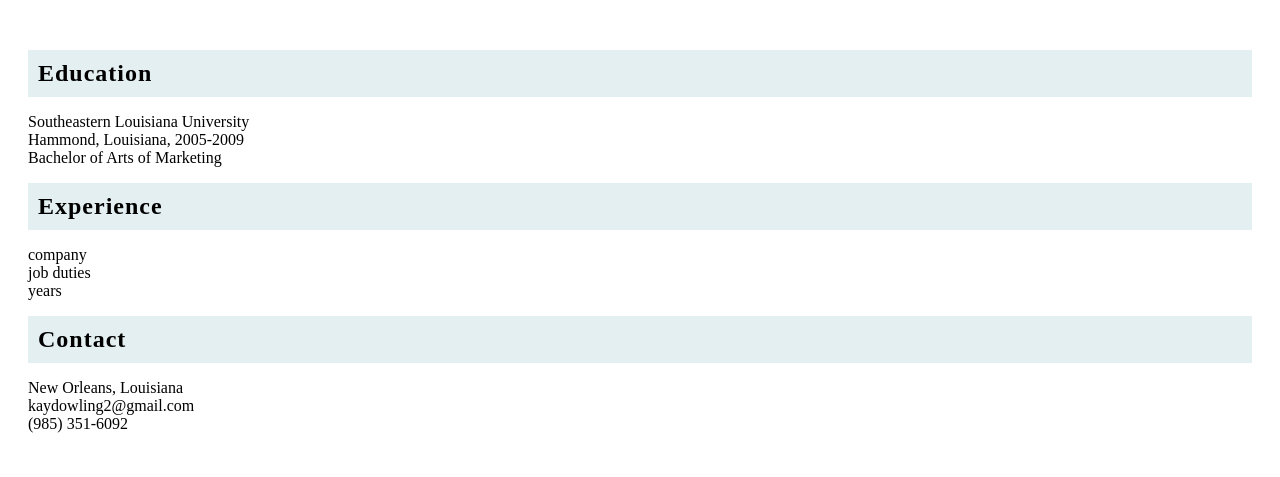
Repository: kayladowling/jekyll_website
Page: home.html
The author's editor kept a record of every edit. The page is drawn from the files as they stood at one moment, then again after the next edit.
The browser window is 1280 px wide. The pictures show the part of the page from y = 423 to 900 px (the page is 900 px tall).

Above is the page before.

### home.html
<!DOCTYPE html>
<html>
  <head> <title>Kayla Dowling</title>
  <link href="css/home.css" type="text/css" rel="stylesheet"/> </head>


  <body>
<div class ="wrapper">

   <header> <!-- Start of header -->
   <h1>Kayla Dowling</h1>
   <nav>
  <ul>
      <li><a href="https://github.com/kayladowling" id="github">Github</a></li>
      <li><a href="projects.html" id="projects">Projects</a></li>
      <li>Contact</li>
  </ul>
  </nav>
 </header>  <!-- end of header -->

  <section class="education"> <!-- start of education section -->
    <h2>Education</h2>
<p>Southeastern Louisiana University </br>
  Hammond, Louisiana, 2005-2009 </br>
 Bachelor of Arts of Marketing </p>
 </section> <!-- end of education section -->

 <section class="experience"> <!-- start of eperience -->
  <h2>Experience</h2>
  <p>company </br>
  job duties </br>
  years</p>
  </section> <!-- end of eperience -->

 <section class="contact"> <!-- start of contact -->
 <h2>Contact</h3>
 <p>New Orleans, Louisiana <br>
 kaydowling2@gmail.com <br>
 (985) 351-6092 </p>

 </section> <!-- end of contact -->

 <footer>
     <!-- add footer content-->
 </footer>
  </div> <!-- end of wrapper -->
 </body>
</html>

### css/home.css

body {
   padding: 20px;
   background: white;
}

header {
    background-color: black;
    background-image: url("https://download.unsplash.com/photo-1421757295538-9c80958e75b0");
    padding: 150px 0px 150px 0px;
    background-position: 60% 50%;
    background-repeat: no-repeat;
    margin-bottom: 50px;

}

header h1 {
    letter-spacing: 5px;
    text-align: center;
    background-color: #E3EFF0;
    padding: 10px;
    margin: 0;
    color: black;
}

h2 {
    background-color: #E3EFF0;
    letter-spacing: 1px;
    color: black;
    padding: 10px;
    margin:0;

}

p {
    color: black;

}

nav ul {
    background: white;
    color: black;
    text-align: center;
    margin: 0px;
    padding: 10px 5px 10px 5px;
}

nav li {
    display:inline;
    background: white;
    color: black;
    text-align: center;

}

a {
    text-decoration: none;
    color: black;
    background: white;
    text-align: left;
}

.maincontent {
    background: #E3EFF0;
    padding: 40px;
}



#github {
    color: black;
    text-align: left;
}

After the next edit:
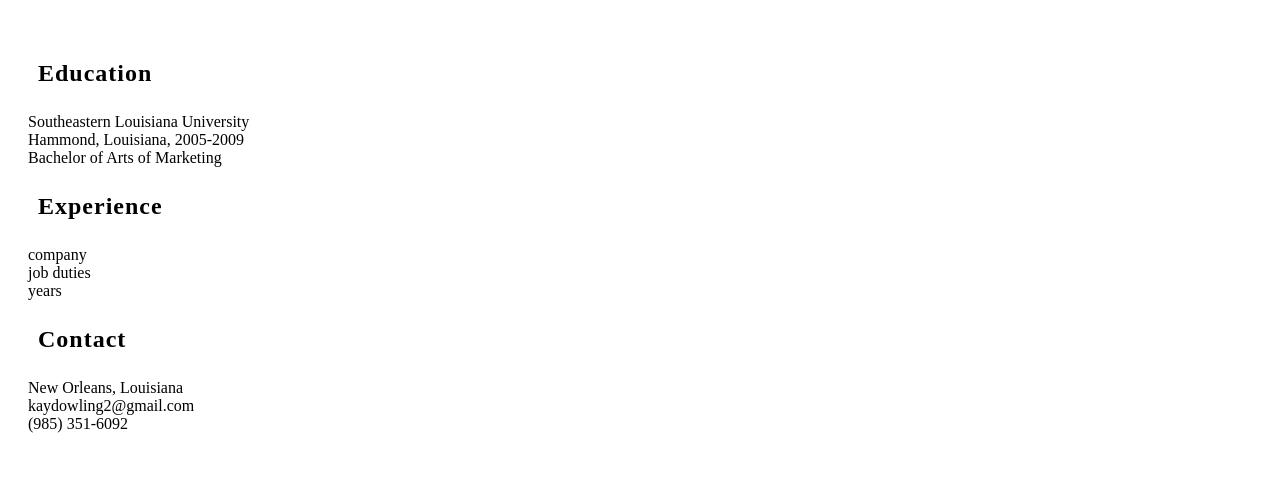
The edit:
--- a/css/home.css
+++ b/css/home.css
@@ -24,7 +24,7 @@
 }
 
 h2 {
-    background-color: #E3EFF0;
+    background-color: white;
     letter-spacing: 1px;
     color: black;
     padding: 10px;
